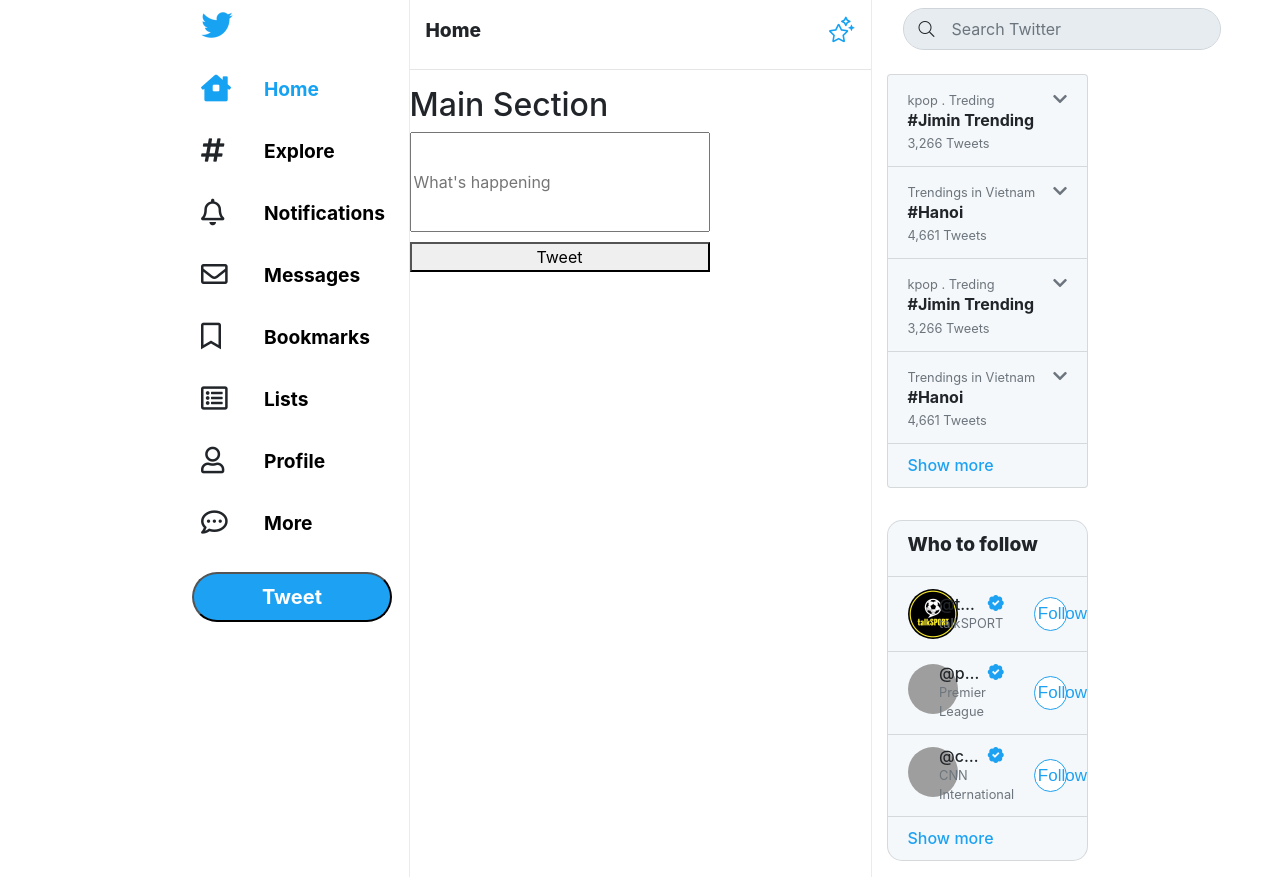
Repository: tts2610/Twitter-clone
Page: index.html
The author's editor kept a copy of each file at every save. The page is drawn from the files as they stood at one save, then again after the next save.
The browser window is 1280 px wide. The pictures show the whole page.
Pictures or frames that could not be fetched are drawn as grey boxes.

Above is the page before, as saved 2020-05-23 15:11:54.

After the next save:
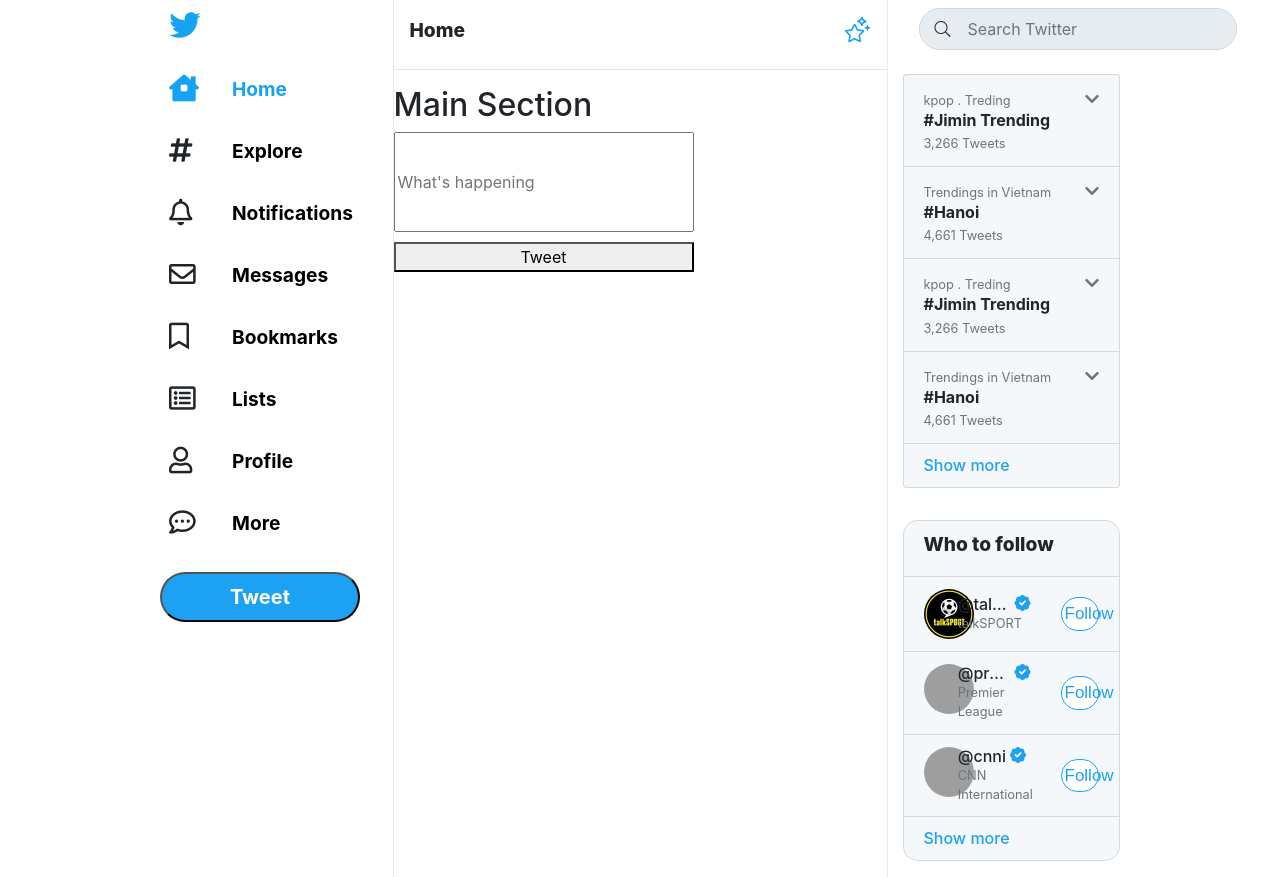
Saved 61 s later.
--- a/css/style.css
+++ b/css/style.css
@@ -7,7 +7,7 @@
 }
 
 body .container {
-    max-width: 70%;
+    max-width: 75%;
     padding-left: 0px;
     padding-right: 0px;
 }
